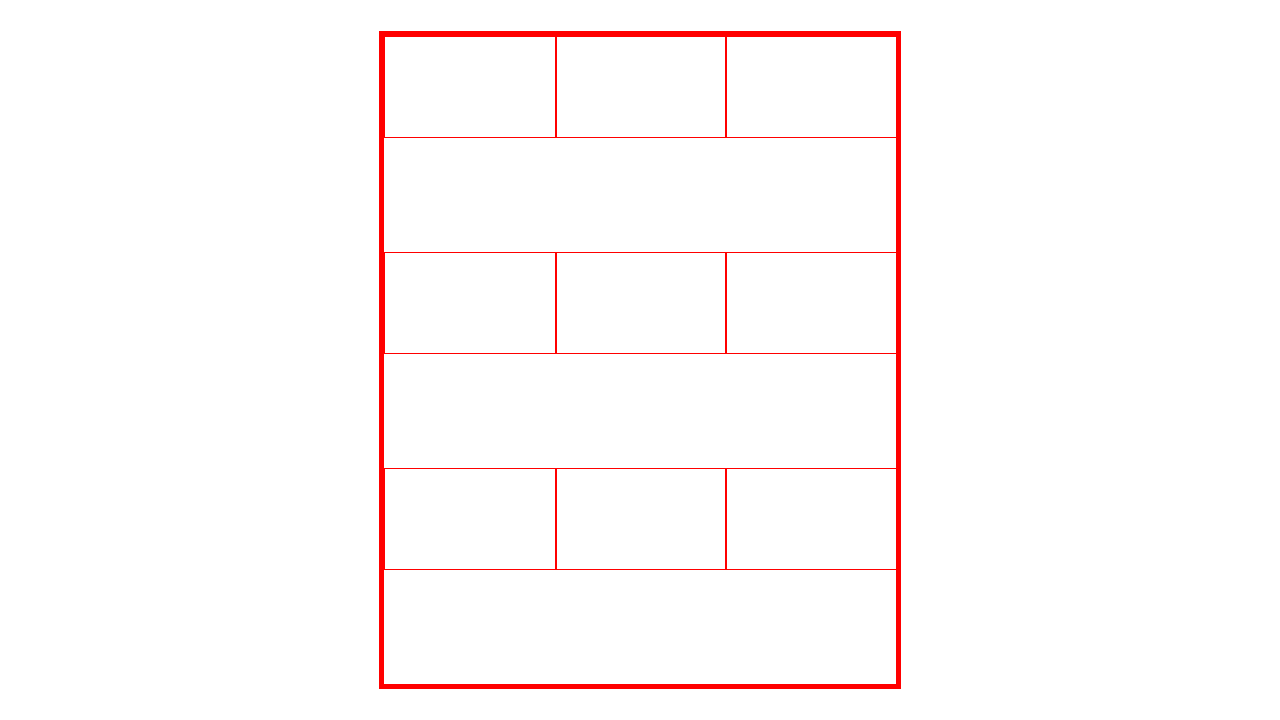
Repository: kocokoy/TOP-tic-tac-toe
Page: index.html
An editor plug-in stored every save of this project. The page is shown before and after the next save, followed by the edit.
The browser window is 1280 px wide. The pictures show the whole page.

Above is the page before, as saved 2024-11-07 14:45:42.

After the next save:
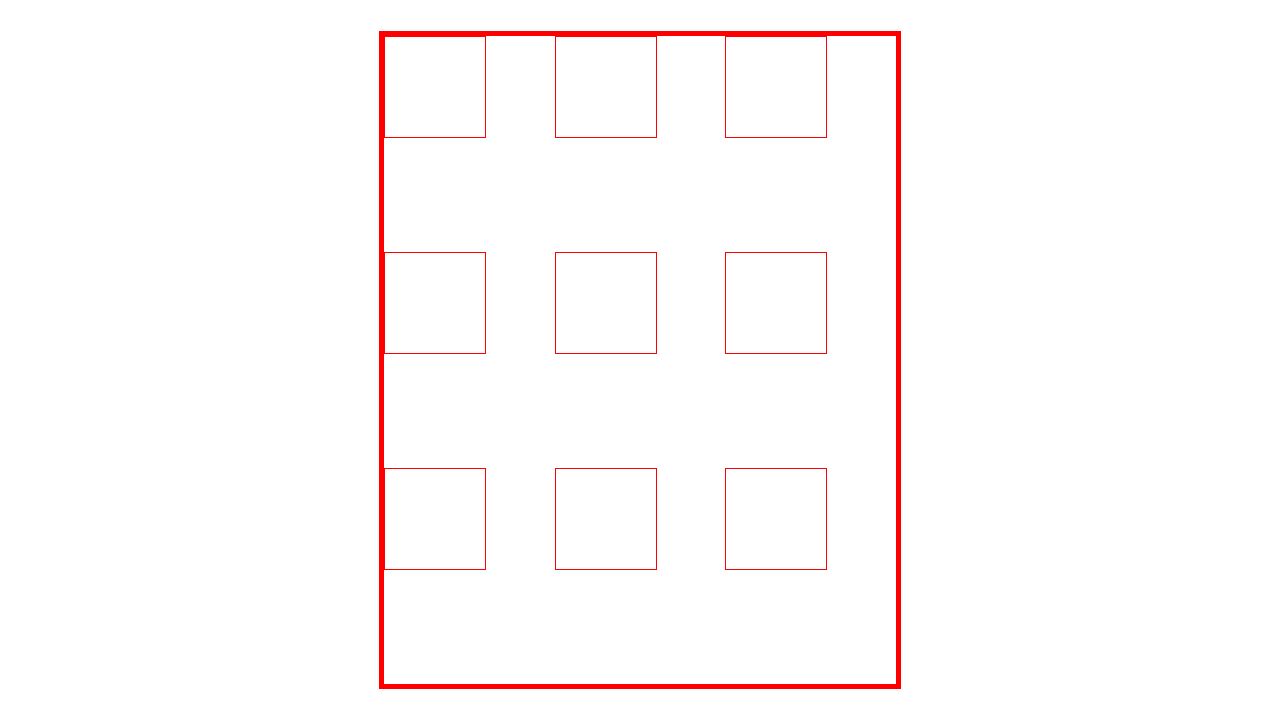
Saved 5 s later.
--- a/styles/style.css
+++ b/styles/style.css
@@ -20,7 +20,7 @@ body{
 .gameboard div{
   border: 1px solid red;
   height: 100px;
-  width: 100%;
+  width: 100px;
   cursor: pointer;
   color: tomato;
   display: flex;
